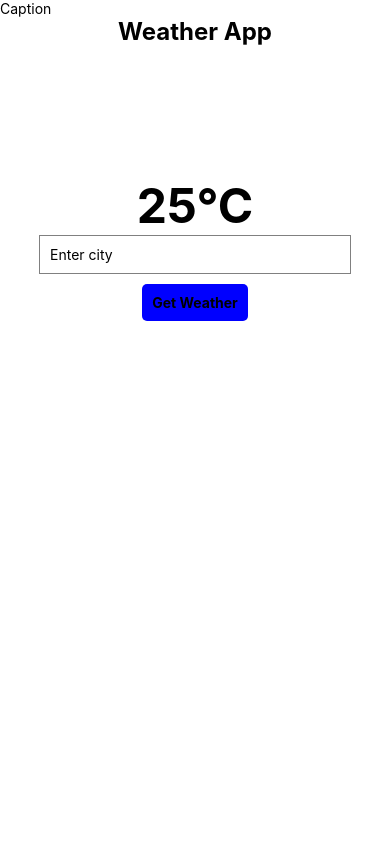
Repository: vanh1604/ExerciseReactNative
Screen: /
An editor plug-in stored every save of this project. The screen is shown before and after the next save, followed by the edit.
The app was drawn by React Native's web renderer in a window 390 px wide. The project was rebuilt for these pictures with package versions that can differ from the ones it lists, and the page was loaded fresh each time. Also part of the build but not shown: components/LessonDesign.js.

Above is the screen before, as saved 2023-08-27 15:22:12.

### App.js
import { StatusBar } from "expo-status-bar";
import { StyleSheet, Text, View } from "react-native";
import LessonDesign from "./components/LessonDesign";
import Caption from "./components/Caption";
import WeatherApp from "./components/WeatherApp";
export default function App() {
  return (
    <View>
      {/* <LessonDesign /> */}
      <Caption />
      <WeatherApp />
    </View>
  );
}

const styles = StyleSheet.create({});

### components/Caption.js
import { StyleSheet, Text, View, SafeAreaView } from "react-native";
import React from "react";

const Caption = () => {
  return (
    <SafeAreaView>
      <Text>Caption</Text>
    </SafeAreaView>
  );
};

export default Caption;

const styles = StyleSheet.create({});

### components/WeatherApp.js
import React from "react";
import {
  View,
  Text,
  TextInput,
  Image,
  TouchableOpacity,
  StyleSheet,
} from "react-native";

const WeatherApp = () => {
  return (
    <View style={styles.container}>
      <Text style={styles.header}>Weather App</Text>
      <Image
        // source={require("./weather-icon.png")}
        style={styles.weatherIcon}
      />
      <Text style={styles.temperature}>25°C</Text>
      <TextInput placeholder="Enter city" style={styles.input} />
      <TouchableOpacity style={styles.button}>
        <Text style={styles.buttonText}>Get Weather</Text>
      </TouchableOpacity>
    </View>
  );
};

const styles = StyleSheet.create({
  container: {
    flex: 1,
    alignItems: "center",
    justifyContent: "center",
  },
  header: {
    fontSize: 24,
    fontWeight: "bold",
    marginBottom: 20,
  },
  weatherIcon: {
    width: 100,
    height: 100,
    marginBottom: 10,
  },
  temperature: {
    fontSize: 48,
    fontWeight: "bold",
  },
  input: {
    borderWidth: 1,
    borderColor: "gray",
    padding: 10,
    width: "80%",
    marginBottom: 10,
    color: "black",
  },
  button: {
    backgroundColor: "blue",
    padding: 10,
    borderRadius: 5,
  },
  buttonText: {
    color: "black",
    fontWeight: "bold",
  },
});

export default WeatherApp;

After the next save:
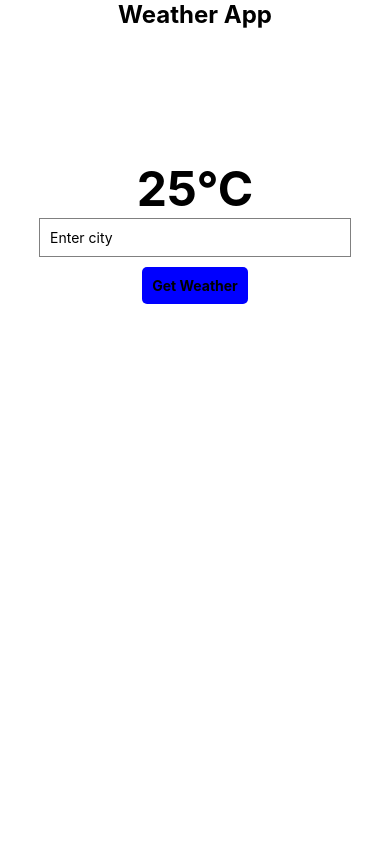
Saved 17 s later.
--- a/App.js
+++ b/App.js
@@ -7,7 +7,7 @@ export default function App() {
   return (
     <View>
       {/* <LessonDesign /> */}
-      <Caption />
+
       <WeatherApp />
     </View>
   );
